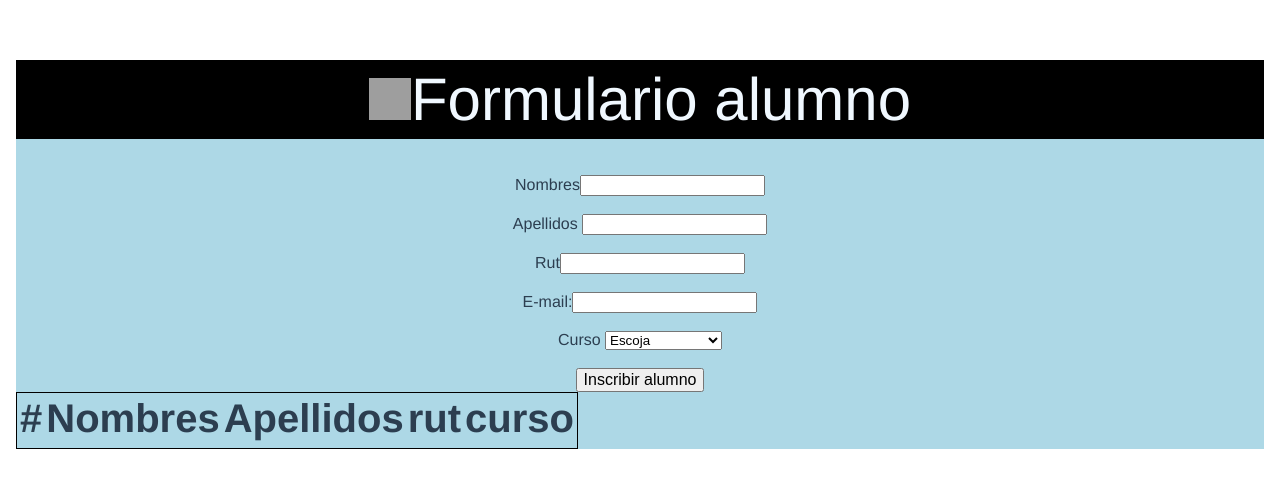
Repository: franciscamanquecheo/Tarea6ET
Page: / (app in my-project/)
The author's editor kept a copy of each file at every save. The page is drawn from the files as they stood at one save, then again after the next save.
The browser window is 1280 px wide. The pictures show the whole page.
Pictures or frames that could not be fetched are drawn as grey boxes. The project was rebuilt for these pictures with package versions that can differ from the ones it lists, and the page was loaded fresh each time. Also part of the build but not shown: my-project/vue.config.js.

Above is the page before, as saved 2022-06-19 23:39:19.

### my-project/src/App.vue
<template>

  <HelloWorld msg="Welcome to Your Vue.js App"/>
</template>

<script>
import HelloWorld from './components/HelloWorld.vue'

export default {
  name: 'App',
  components: {
    HelloWorld
  }
}
</script>

<style>
#app {
  font-family: Avenir, Helvetica, Arial, sans-serif;
  -webkit-font-smoothing: antialiased;
  -moz-osx-font-smoothing: grayscale;
  text-align: center;
  color: #2c3e50;
  margin-top: 60px;
}
</style>

### my-project/src/components/HelloWorld.vue

/*use eslint-disable */
<template>
  <body>
     <div>


       <a href="pagPrincipal.html">
      <img src="\my-project\src\assets\home.png" style="width:42px;height:42px;">
      </a>
      <span>Formulario alumno</span>

     </div>

  <form>
        <br><br>
          <label for="exampleInputEmail1">Nombres</label>
          <input type="email" class="form-control" id="exampleInputEmail1" aria-describedby="emailHelp"><br><br>
          <label for="fname">Apellidos </label>
          <input type="text" id="name" name="name" ><br><br>
          <label for="exampleInputPassword1" class="form-label">Rut</label>
          <input type="password" class="form-control" id="exampleInputPassword1"><br><br>
          <label for="lname">E-mail:</label>
          <input type="text" id="correo" name="correo">
          <br>
          <br>
          <label for="fname">Curso </label>
          <select name="name-cursos" id="Cursos">
            <option value="rigatoni">Escoja</option>
           <option value="rigatoni">Artes modernas</option>
            <option value="rigatoni">Lengua</option>
             <option value="rigatoni">Baile artistico</option>
              <option value="rigatoni">Ingles Medio</option>
          </select>



          <br><br>
          <button type="submit" class="btn btn-primary">Inscribir alumno</button>

      </form>
      <table class="table">
    <thead>
    <tr>
      <th scope="col">#</th>
      <th scope="col">Nombres</th>
      <th scope="col">Apellidos</th>
      <th scope="col">rut</th>
      <th scope="col">curso</th>

    </tr>
    </thead>
    <tbody>

    <tr th:each="alumno : ${alumnos}">
      <th th:text="${alumno.getid_Alumno()}" scope="row"></th>
      <td th:text="${alumno.getnombres()}"></td>
      <td th:text="${alumno.getpellidos()}"></td>
      <td th:text="${alumno.getrut()}"></td>
      <td th:text="${alumno.getcurso()}"></td>
    </tr>

    </tbody>
  </table>
  </body>

</template>

<script>
export default {

  name: 'HelloWorld',
  props: {
    msg: String
  }
}
</script>

<!-- Add "scoped" attribute to limit CSS to this component only -->
//<style scoped>
body {
    background-color: lightblue;
  }
  img{
    text-align: left;

  }
  span{
    color: aliceblue; font-size: 60px;
    text-align: center;

  }
  div{

    background-color: black;
            padding: 5px;
            font-size: 20px;

  }
  button{
    font-size: medium;
  }

   .table{
     border:1px solid black;
    font-size: 40px;
  }

  form{
    text-align: center;
  }
  .table{
    font-size: 40px;
  }
</style>

Loaded but not shown: my-project/public/index.html (common file); my-project/src/main.js (common file)

After the next save:
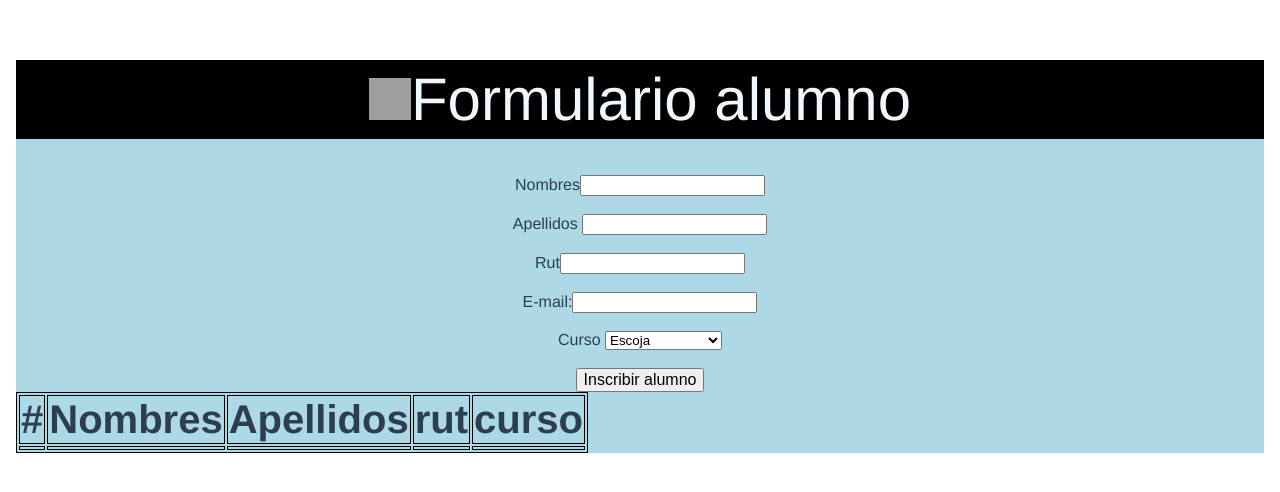
Saved 48 s later.
--- a/my-project/src/components/HelloWorld.vue
+++ b/my-project/src/components/HelloWorld.vue
@@ -101,7 +101,7 @@ body {
     font-size: medium;
   }
 
-   .table{
+   table,th,td{
      border:1px solid black;
     font-size: 40px;
   }
